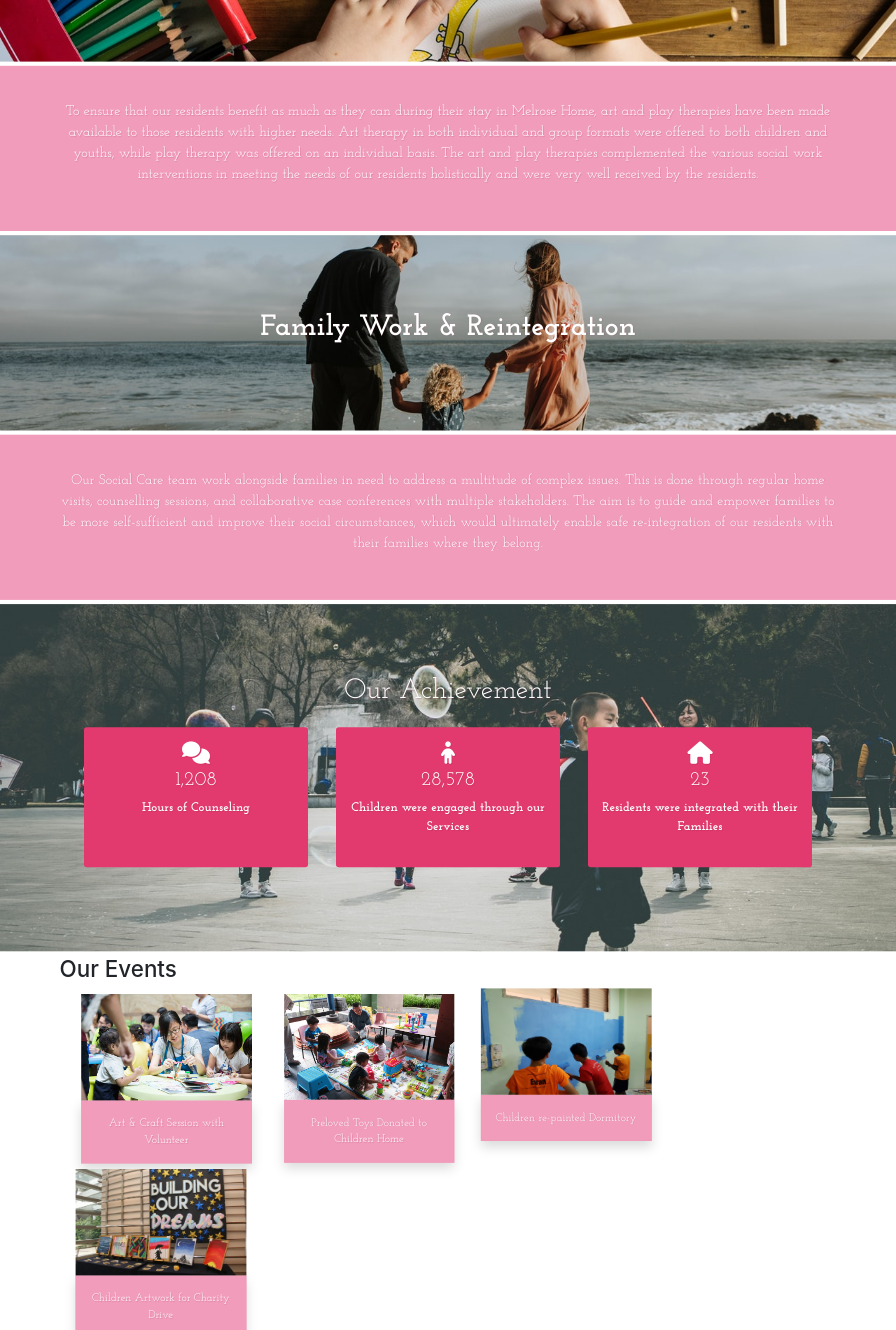
Repository: Code-Institute-Submissions/Jasonngyt-Project1
Page: services.html
The author's editor kept a record of every edit. The page is drawn from the files as they stood at one moment, then again after the next edit.
The browser window is 1280 px wide. The pictures show the part of the page from y = 860 to 2760 px (the page is 3095 px tall), at 70% of full size.
A picture or video elsewhere on the page could not be fetched, so the positions and the page height are approximate. Backgrounds fixed to the window are drawn as part of the page. Some web fonts or font styles are not loaded; a fallback is used. Some web libraries are served in a nearby version.

Above is the page before.

After the next edit:
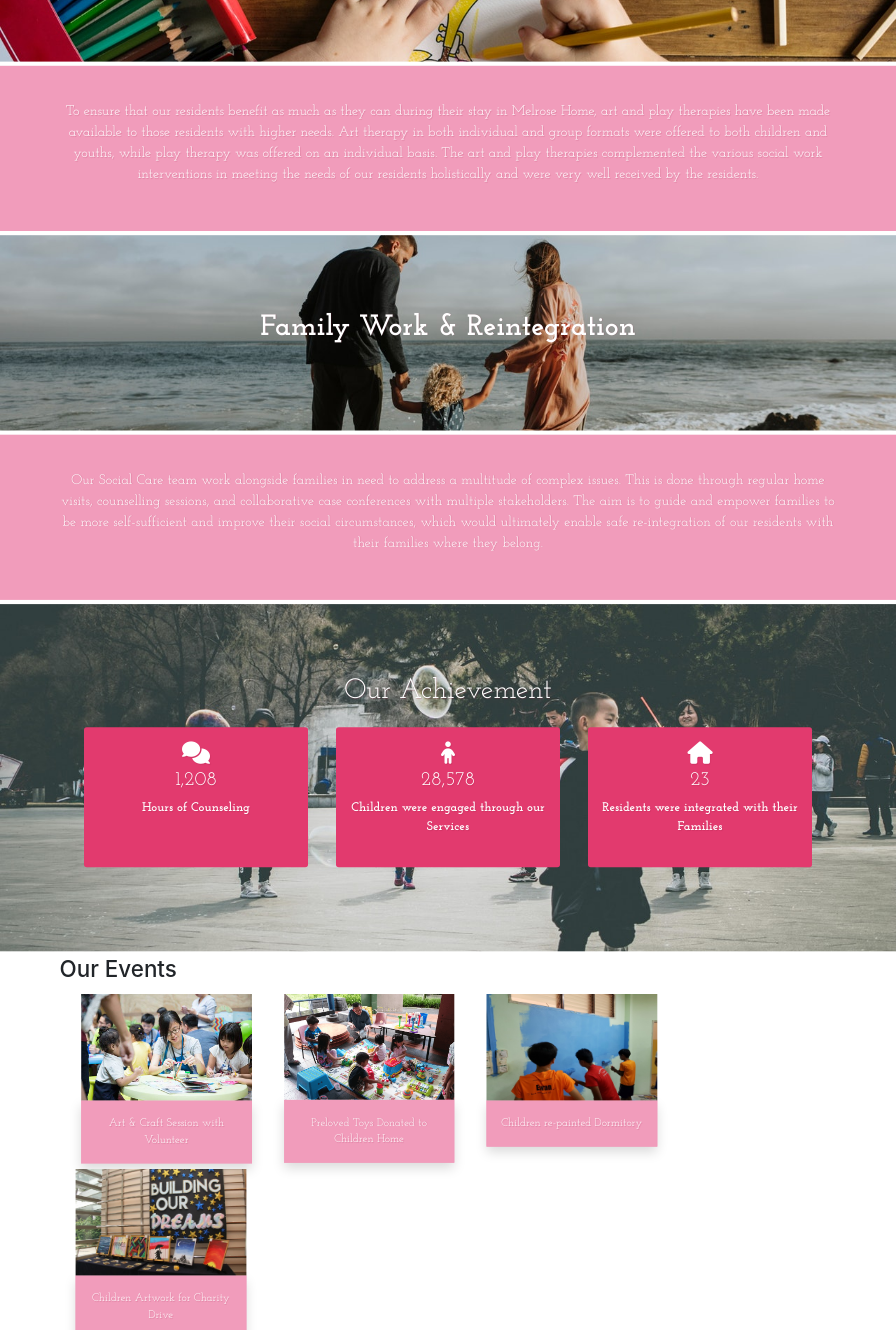
The edit:
--- a/services.html
+++ b/services.html
@@ -109,7 +109,7 @@
             <div class="col-sm-5 col-md-3 card-img-top m-2"><img src ="image/event2_photo.png" class ="w-100">
                 <div class="card-body text-center shadow event_style">Preloved Toys Donated to  Children Home</div>
             </div>
-            <div class="col-sm-5 col-md-3 card-img-top"><img src ="image/event3_photo.jpg" class ="w-100" style="height:152px;">
+            <div class="col-sm-5 col-md-3 card-img-top m-2"><img src ="image/event3_photo.jpg" class ="w-100" style="height:152px;">
                 <div class="card-body text-center shadow event_style">Children re-painted Dormitory</div>
             </div>
             <div class="col-sm-5 col-md-3 card-img-top"><img src ="image/event4_photo.jpg" class ="w-100" style="height:152px;">
